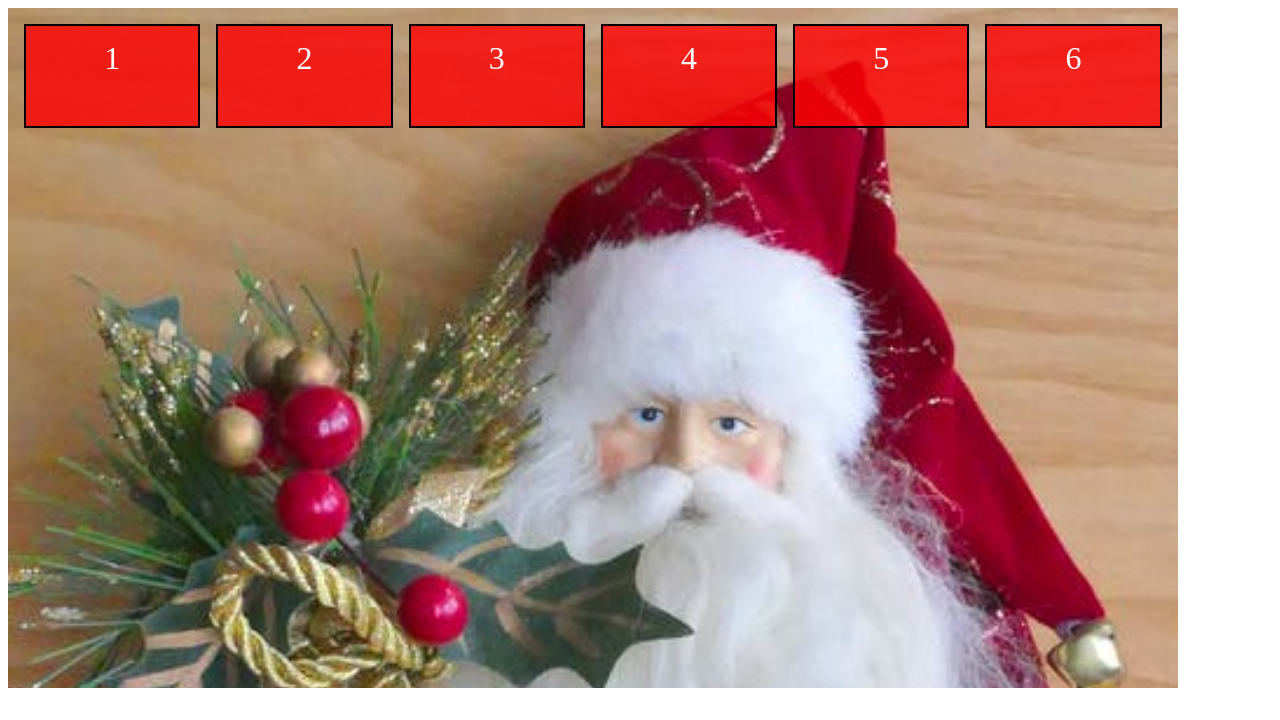
Repository: hindrik40/julprogram-js
Page: advent.html
These files come from the project's save history. The page is drawn as it stood at one moment and after the next save; the edit follows.
The browser window is 1280 px wide. The pictures show the whole page.

Above is the page before, as saved 2021-12-14 10:48:20.

### advent.html
<!DOCTYPE html>
<html lang="en">
<head>
    <meta charset="UTF-8">
    <meta http-equiv="X-UA-Compatible" content="IE=edge">
    <meta name="viewport" content="width=device-width, initial-scale=1.0">
    <link rel="stylesheet" href="advent.css">
    <title>julkalender drag and drop</title>
</head>
<body>
    <main id="adventCalender">


    </main>
    <script src="advent.js"></script>
</body>
</html>

### advent.css
main#adventCalender{
    width: 90%;
    height: 90vh;
    background-image: url(images/jul6.jpeg);
    background-size: cover;
    display: grid;
     grid-template-columns: repeat(6, 1fr);
    column-gap: 1rem;
    padding:1rem;
    /* grid-template-rows: repeat(3, 1fr); */
}
main div{
   min-width: 50px;
   min-height: 100px;
   height: 4rem;
    border:solid 2px black;
    background-color: rgba(255,0,0,0.8);
    font-size:2rem;
    text-align: center;
    vertical-align: middle;
    line-height: 4rem;
    cursor: pointer;
    /* background-image: url(images/jul.gif); */
    background-size: 100%;
    color:white;


}

### advent.js
//!variabler luckor
//!DOM element
const adventCalender = document.getElementById("adventCalender");
//!variabler for the days in a array luckor med bilder
let doors = ["jul1.jpeg", "jul2.jpeg", "jul3.jpeg", "jul4.jpeg", "jul5.jpeg", "jul6.jpeg"];
//!variabler for the days in a array luckor med bilder
//!Itererar igenom arrayen och skapa en räknare
let counter = 1;
doors.forEach((door) => {
    console.log(counter, door);
    //!skapa en div för varje bild
    let div = document.createElement("div");
    //!lägg till en siffra i elementet
    div.textContent = counter;
    //!Använd ett attribut för att kunna ändra bilden
    div.setAttribute("data-image","images/" + door);
    //!Lägg till kalendern
    adventCalender.appendChild(div);

    counter++;
});
    //!Hantera händelser
    adventCalender.onclick=function(event){
        console.log(event.target);
        //!vilken bild ska visas
        let image = event.target.getAttribute
        ("data-image");
        console.log("image", image);
    }

After the next save:
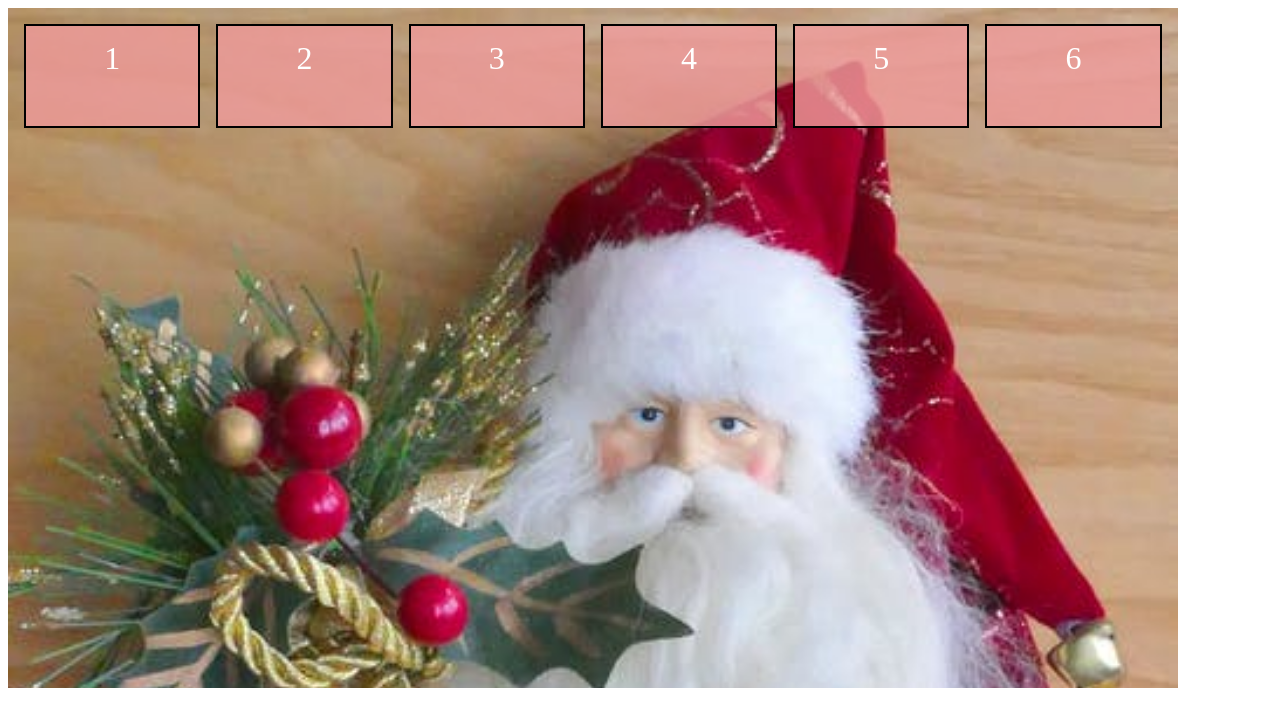
Saved 29 s later.
--- a/advent.css
+++ b/advent.css
@@ -14,7 +14,7 @@ main div{
    min-height: 100px;
    height: 4rem;
     border:solid 2px black;
-    background-color: rgba(255,0,0,0.8);
+    background-color: rgba(240, 155, 155, 0.8);
     font-size:2rem;
     text-align: center;
     vertical-align: middle;
